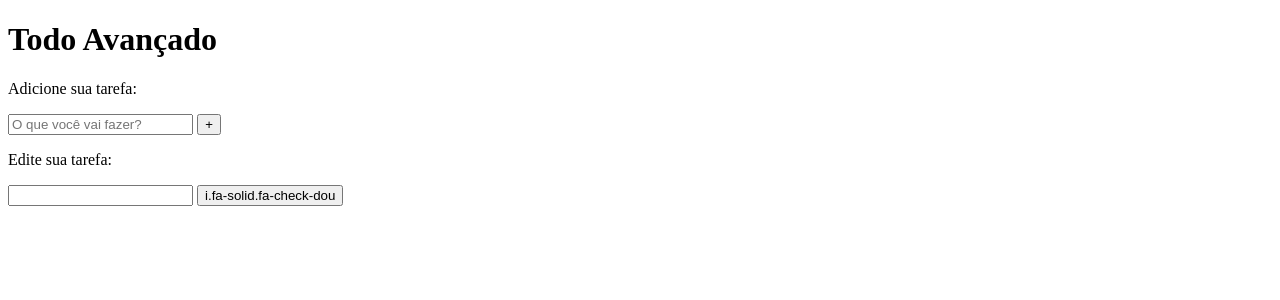
Repository: Guillermomarcon/ProjetoToDo
Page: index.html
The author's editor kept a copy of each file at every save. The page is drawn from the files as they stood at one save, then again after the next save.
The browser window is 1280 px wide. The pictures show the whole page.
Some web libraries are served in a nearby version.

Above is the page before, as saved 2022-08-27 16:47:43.

### index.html
<!DOCTYPE html>
<html lang="pt-br">
<head>
    <meta charset="UTF-8">
    <meta http-equiv="X-UA-Compatible" content="IE=edge">
    <meta name="viewport" content="width=device-width, initial-scale=1.0">
    <title>Todo Avançado</title>
    <!--css do projeto-->
    <link rel="stylesheet" href="estilos/style.css">
    <!--Biblioteca de font vamos usar a Font Awesome  font awesome cdnjs
    encontrado nesse link
    https://cdnjs.com/libraries/font-awesome   -->
    <link rel="stylesheet" href="https://cdnjs.cloudflare.com/ajax/libs/font-awesome/6.1.2/css/all.min.css" integrity="sha512-1sCRPdkRXhBV2PBLUdRb4tMg1w2YPf37qatUFeS7zlBy7jJI8Lf4VHwWfZZfpXtYSLy85pkm9GaYVYMfw5BC1A==" crossorigin="anonymous" referrerpolicy="no-referrer" />
    <!--Js do projeto-->
    <script src="js/javascript.js" defer></script>
</head>
<body>
    <div class="todo-container">
        <header>
            <h1>Todo Avançado</h1>
        </header>
        <form  id="todo-form">
            <p>Adicione sua tarefa:</p>
            <div class="form-control">
                <input type="text" name="input-text" id="todo-input" placeholder="O que você vai fazer?">
                <button type="submit">
                    <i class="fa-thin fa-plus"></i>
                </button>

            </div>
        </form>
        <form id="edit-form">
            <p>Edite sua tarefa:</p>
            <div class="form-control">
                <input type="text"  id="edit-input">
                <button type="submit">
                    i.fa-solid.fa-check-dou
                </button>
            </div>
        </form>


    </div>


</body>
</html>

### estilos/style.css
@charset "UTF-8"

Loaded but not shown: js/javascript.js (no stored copy; drawn as an empty file)

After the next save:
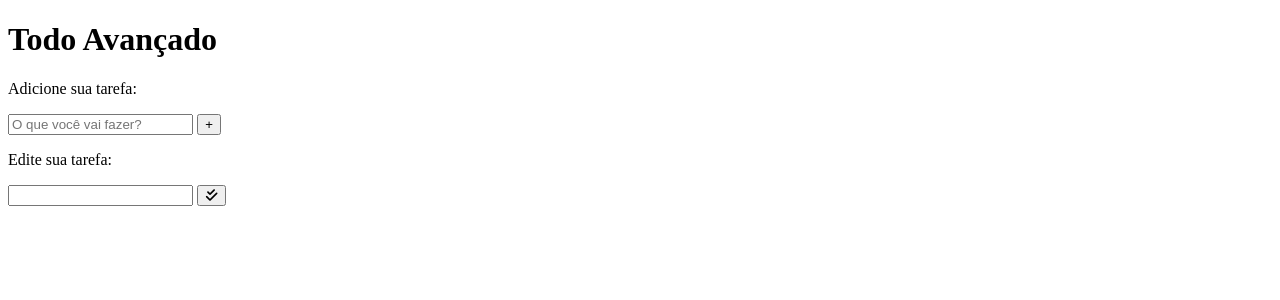
Saved 4 s later.
--- a/index.html
+++ b/index.html
@@ -34,7 +34,7 @@
             <div class="form-control">
                 <input type="text"  id="edit-input">
                 <button type="submit">
-                    i.fa-solid.fa-check-dou
+                    <i class="fa-solid fa-check-double"></i>
                 </button>
             </div>
         </form>
